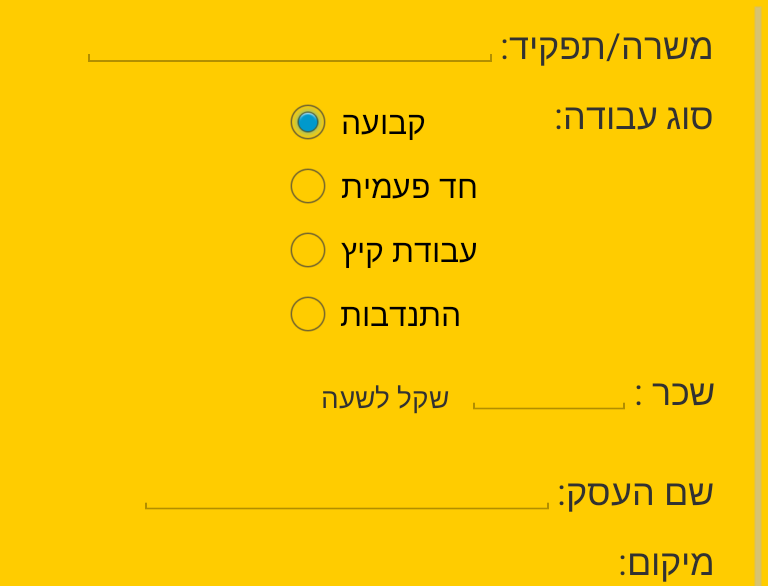
Repository: rodi055/jobli
Layout: Jobli/res/layout/fragment_create_job.xml
An editor plug-in stored every save of this project. The layout is shown before and after the next save, followed by the edit.
The pictures show rows 0 to 586 of an output 1280 px tall.
Pictures or frames that could not be fetched are drawn as grey boxes. It is drawn on a 768 x 1280 px phone screen (xhdpi) without system bars, with theme AppTheme; the app's code is not run. The app's manifest (not shown) leaves right-to-left support off. So textAlignment, textDirection and layoutDirection are ignored, and left and right values win over start and end ones.

Above is the layout before, as saved 2015-01-03 21:32:01.

After the next save:
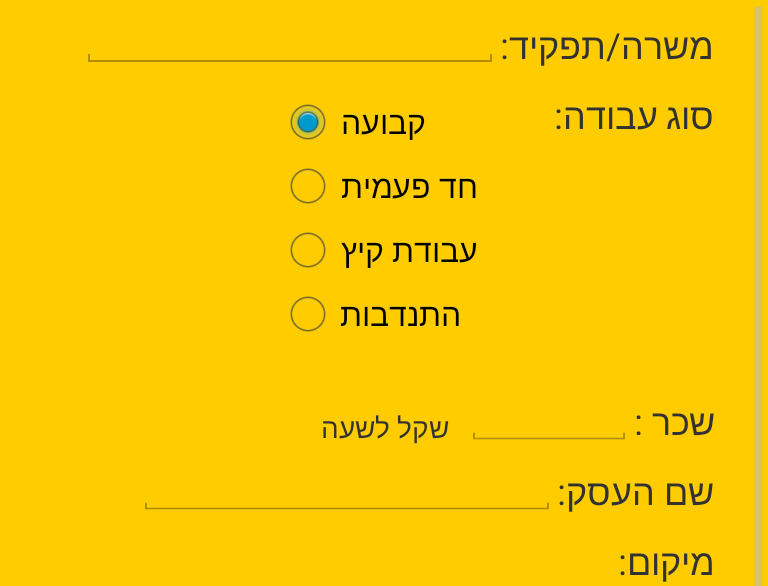
Saved 33 s later.
--- a/Jobli/res/layout/fragment_create_job.xml
+++ b/Jobli/res/layout/fragment_create_job.xml
@@ -112,7 +112,7 @@
                     android:layout_height="wrap_content"
                     android:layout_alignParentEnd="true"
                     android:layout_alignParentRight="true"
-                    android:layout_alignParentTop="true"
+                    android:layout_alignParentBottom="true"
                     android:layout_marginEnd="20dp"
                     android:layout_marginRight="20dp"
                     android:text="שכר :"
@@ -121,8 +121,8 @@
                 <EditText
                     android:id="@+id/editText8"
                     android:layout_width="wrap_content"
-                    android:layout_height="404dp"
-                    android:layout_alignBottom="@+id/textView8"
+                    android:layout_height="wrap_content"
+                    android:layout_alignTop="@+id/textView8"
                     android:layout_toLeftOf="@+id/textView8"
                     android:ems="4"
                     android:inputType="numberDecimal"
